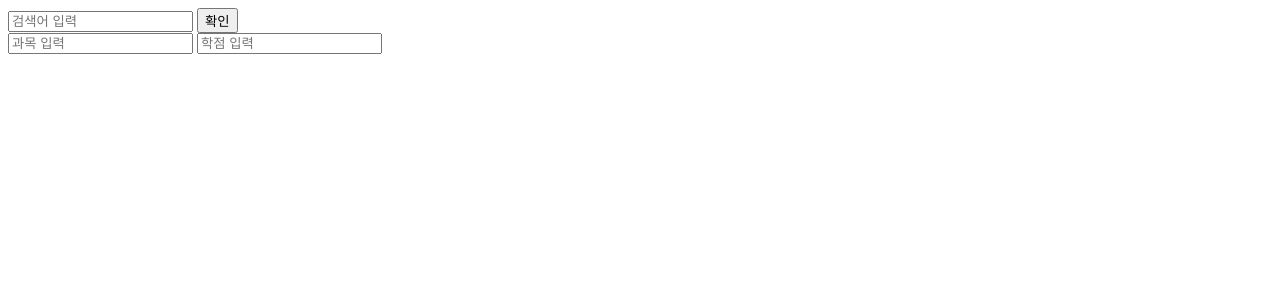
Repository: kimjoohye/study_WEB
Page: workspace/studyhtml5/WebContent/js/j09/h07.html
The author's editor kept a copy of each file at every save. The page is drawn from the files as they stood at one save, then again after the next save.
The browser window is 1280 px wide. The pictures show the whole page.

Above is the page before, as saved 2022-05-09 03:08:16.

After the next save:
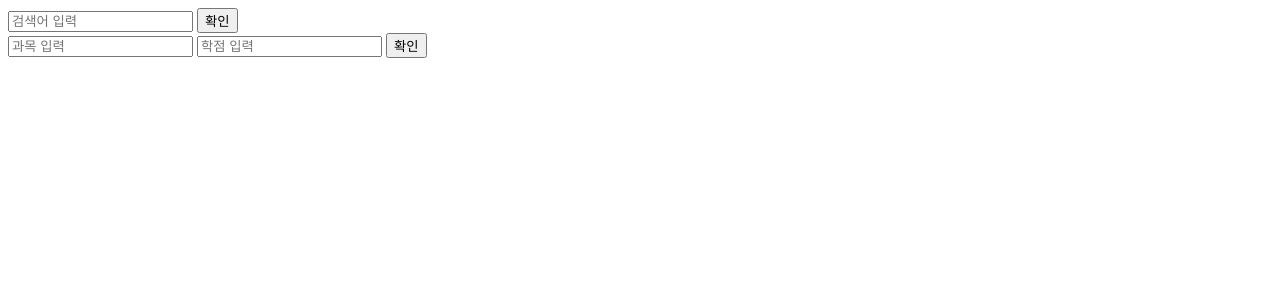
Saved 16 s later.
--- a/workspace/studyhtml5/WebContent/js/j09/h07.html
+++ b/workspace/studyhtml5/WebContent/js/j09/h07.html
@@ -25,6 +25,7 @@
    <form action="#" name="frm2">
      <input type="text" name="subject" placeholder="과목 입력">
      <input type="password" name="credit" placeholder="학점 입력">
+     <input type="submit" value="확인">
    </form>
 
 </body>
